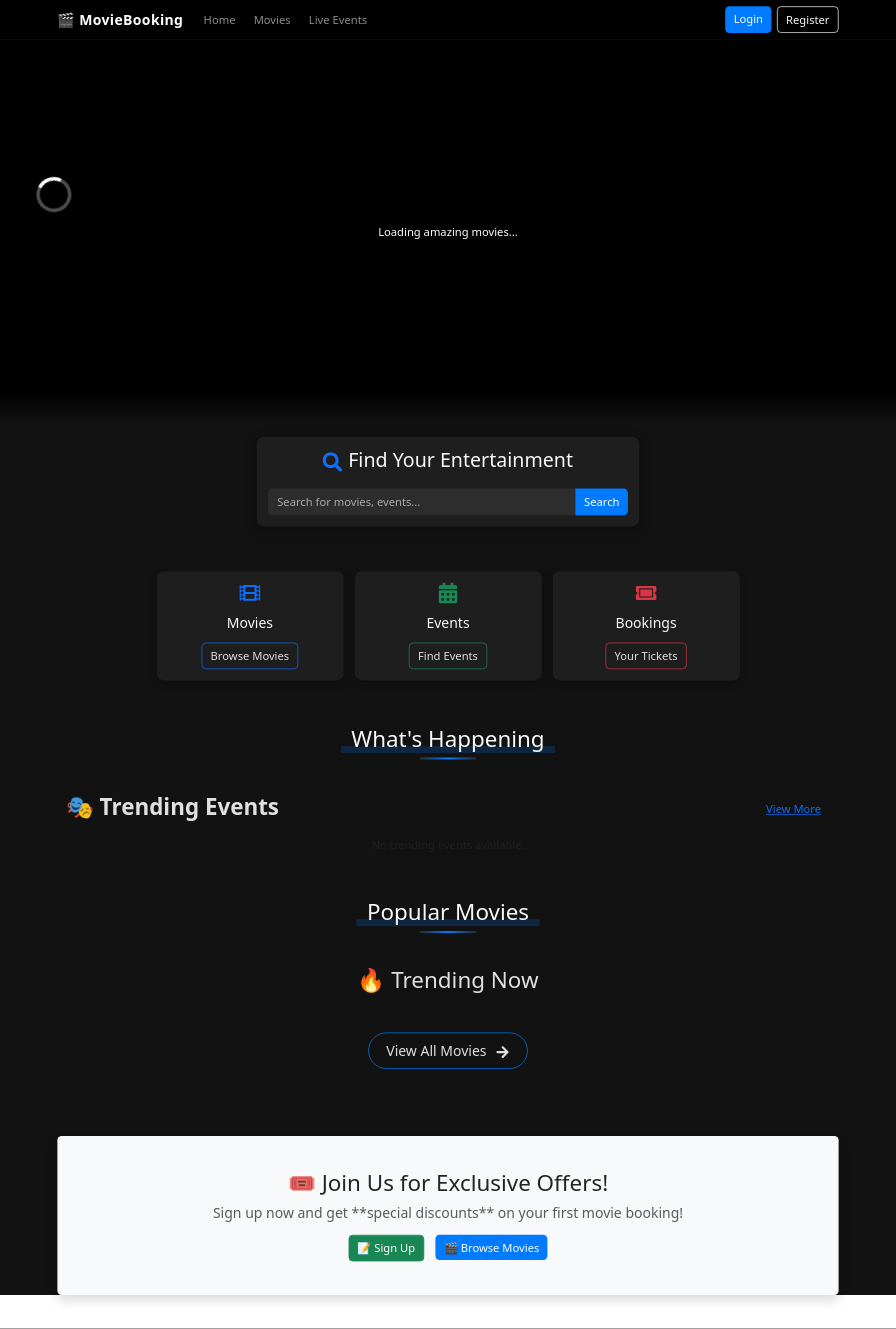
Repository: AshwinUgale/MovieBookingFrontend
Page: /
The author's editor kept a copy of each file at every save. The page is drawn from the files as they stood at one save, then again after the next save.
The browser window is 1280 px wide. The pictures show the whole page, at 70% of full size.
The page's requests for data from a server got no answer. The project was rebuilt for these pictures with package versions that can differ from the ones it lists, and the page was loaded fresh each time. No one was signed in, and anything a server would have sent is missing. Also part of the build but not shown: src/pages/LoginPage.js, src/pages/RegisterPage.js, src/pages/DashboardPage.js, src/utils/PrivateRoute.js, src/components/GenreSection.js, src/pages/MovieList.js, src/pages/ShowtimesPage.js, src/pages/AdminMoviePage.js and 8 more.

Above is the page before, as saved 2025-03-31 01:01:09.

### src/index.js
import React from 'react';
import ReactDOM from 'react-dom/client';
import 'bootstrap/dist/css/bootstrap.min.css';


import App from './App';


const root = ReactDOM.createRoot(document.getElementById('root'));
root.render(
  <React.StrictMode>
    <App />
  </React.StrictMode>
);

### src/App.js
import { BrowserRouter as Router, Routes, Route } from "react-router-dom";
import HomePage from "./pages/HomePage";
import LoginPage from "./pages/LoginPage";
import RegisterPage from "./pages/RegisterPage";
import DashboardPage from "./pages/DashboardPage";
import PrivateRoute from "./utils/PrivateRoute";
import MovieList from "./pages/MovieList";
import ShowtimesPage from "./pages/ShowtimesPage";
import AdminMoviePage from "./pages/AdminMoviePage";
import AdminShowtimePage from "./pages/AdminShowtimePage";
import ShowtimePage from "./pages/ShowtimePage";
import PaymentPage from "./pages/PaymentPage";
import BookingHistoryPage from "./pages/BookingHistoryPage";
import CustomNavbar from "./components/Navbar";
import AuthProvider from "./context/AuthContext";
import Events from "./pages/Events";



function App() {
  return (
    <AuthProvider>
    <Router>
      <CustomNavbar/>
      <Routes>
        {/* Public Routes */}
        <Route path="/" element={<HomePage />} />
        <Route path="/login" element={<LoginPage />} />
        <Route path="/register" element={<RegisterPage />} />
        <Route path="/movies" element={<MovieList />} />  {/* ✅ Updated path */}
        <Route path="/events" element={<Events />} />
        <Route path="/showtimes/fake/:movieId" element={<ShowtimesPage />} />  {/* ✅ Updated path */}
        <Route path="/showtime/:showtimeId" element={<ShowtimePage />} />
        <Route path="/payment/:bookingId" element={<PaymentPage />} />

        {/* Protected Routes */}
        <Route path="/dashboard" element={<PrivateRoute component={DashboardPage} />} />
        <Route path="/admin/movies" element={<PrivateRoute component={AdminMoviePage} />} />
        <Route path="/admin/showtimes" element={<PrivateRoute component={AdminShowtimePage} />} />
        <Route path="/bookings" element={<PrivateRoute component={BookingHistoryPage} />} />
      </Routes>
    </Router>
    </AuthProvider>
  );
}

export default App;

### src/components/Navbar.js
import { Link } from "react-router-dom";
import { useContext } from "react";
import { AuthContext } from "../context/AuthContext"; // ✅ Import AuthContext
import { Navbar, Nav, Container, Button } from "react-bootstrap"; // ✅ Import Bootstrap components

const CustomNavbar = () => {
    const { isAuthenticated, logout } = useContext(AuthContext); // ✅ Use authentication state

    return (
        <Navbar bg="black" variant="dark" expand="lg" className="custom-navbar">
            <Container>
                <Navbar.Brand as={Link} to="/" className="brand-text">🎬 MovieBooking</Navbar.Brand>
                <Navbar.Toggle aria-controls="basic-navbar-nav" />
                <Navbar.Collapse id="basic-navbar-nav">
                    <Nav className="me-auto">
                        <Nav.Link as={Link} to="/" className="nav-link-custom">Home</Nav.Link>
                        <Nav.Link as={Link} to="/movies" className="nav-link-custom">Movies</Nav.Link>
                        <Nav.Link as={Link} to="/events" className="nav-link-custom">Live Events</Nav.Link>
                        {isAuthenticated && <Nav.Link as={Link} to="/bookings" className="nav-link-custom">My Bookings</Nav.Link>}
                    </Nav>
                    <Nav>
                        {!isAuthenticated ? (
                            <>
                                <Button variant="primary" as={Link} to="/login" className="mx-2">Login</Button>
                                <Button variant="outline-light" as={Link} to="/register">Register</Button>
                            </>
                        ) : (
                            <Button variant="outline-light" onClick={logout}>Logout</Button>
                        )}
                    </Nav>
                </Navbar.Collapse>
            </Container>
        </Navbar>
    );
};

// Add styles for the navbar to match carousel background
const navbarStyle = `
    .custom-navbar {
        background-color: #000 !important;
        box-shadow: 0 2px 10px rgba(0,0,0,0.2);
    }

    .brand-text {
        font-weight: 600;
        letter-spacing: 0.5px;
    }

    .nav-link-custom {
        margin: 0 5px;
        transition: color 0.2s ease;
        position: relative;
    }

    .nav-link-custom:after {
        content: '';
        position: absolute;
        bottom: 0;
        left: 50%;
        transform: translateX(-50%);
        width: 0;
        height: 2px;
        background-color: #007bff;
        transition: width 0.3s ease;
    }

    .nav-link-custom:hover:after {
        width: 100%;
    }

    .nav-link-custom:hover {
        color: #fff !important;
    }
`;

// Inject styles
const styleTag = document.createElement("style");
styleTag.innerHTML = navbarStyle;
document.head.appendChild(styleTag);

export default CustomNavbar;

### src/context/AuthContext.js
import { createContext, useState, useEffect } from "react";

export const AuthContext = createContext();

const AuthProvider = ({ children }) => {
    const [isAuthenticated, setIsAuthenticated] = useState(!!localStorage.getItem("token"));

    useEffect(() => {
        const handleStorageChange = () => {
            setIsAuthenticated(!!localStorage.getItem("token"));
        };

        window.addEventListener("storage", handleStorageChange);

        return () => {
            window.removeEventListener("storage", handleStorageChange);
        };
    }, []);

    const login = (token) => {
        localStorage.setItem("token", token);
        setIsAuthenticated(true);
    };

    const logout = () => {
        localStorage.removeItem("token");
        setIsAuthenticated(false);
    };

    return (
        <AuthContext.Provider value={{ isAuthenticated, login, logout }}>
            {children}
        </AuthContext.Provider>
    );
};

export default AuthProvider;

### src/components/TrendingMovies.js
import React, { useEffect, useState } from "react";
import api from "../services/api";
import { Card, Row, Col, Badge } from "react-bootstrap";
import { FaStar } from "react-icons/fa";

const TrendingMovies = () => {
  const [movies, setMovies] = useState([]);

  useEffect(() => {
    async function fetchMovies() {
      try {
        const response = await api.get("/movies");
        setMovies(response.data.slice(0, 6)); // Show 6 trending movies
      } catch (error) {
        console.error("Error fetching movies:", error);
      }
    }
    fetchMovies();
  }, []);

  return (
    <div className="container my-5">
      <h2 className="text-center">🔥 Trending Now</h2>
      <Row>
        {movies.map(movie => (
          <Col key={movie._id} md={4} className="mb-4">
            <Card className="dark-card movie-card">
              <div className="movie-poster-wrapper">
                <Card.Img variant="top" src={movie.posterUrl || "/default-poster.jpg"} />
                <div className="movie-rating">
                  <FaStar className="text-warning me-1" />
                  <span>{((Math.random() * 2) + 7).toFixed(1)}</span>
                </div>
              </div>
              <Card.Body>
                <Card.Title className="text-light">{movie.title}</Card.Title>
                <div className="mb-2">
                  {['Action', 'Drama'].map((genre, index) => (
                    <Badge key={index} bg="secondary" className="me-1">{genre}</Badge>
                  ))}
                </div>
                <a href={`/movies/${movie._id}`} className="btn btn-primary w-100 mt-2">View Details</a>
              </Card.Body>
            </Card>
          </Col>
        ))}
      </Row>
    </div>
  );
};

// Add styles for dark mode movie cards
const movieStyles = `
  .dark-card {
    background-color: #1e1e1e;
    color: #e0e0e0;
    border: none;
    box-shadow: 0 4px 12px rgba(0,0,0,0.2);
  }

  .movie-card {
    border-radius: 10px;
    overflow: hidden;
    transition: transform 0.3s ease, box-shadow 0.3s ease;
  }

  .movie-card:hover {
    transform: translateY(-5px);
    box-shadow: 0 10px 25px rgba(0, 0, 0, 0.3) !important;
  }

  .movie-poster-wrapper {
    position: relative;
    overflow: hidden;
  }

  .movie-poster-wrapper img {
    height: 300px;
    object-fit: cover;
    transition: transform 0.3s ease;
  }

  .movie-card:hover .movie-poster-wrapper img {
    transform: scale(1.05);
  }

  .movie-rating {
    position: absolute;
    bottom: 10px;
    right: 10px;
    background-color: rgba(0, 0, 0, 0.7);
    color: white;
    padding: 5px 10px;
    border-radius: 20px;
    font-weight: bold;
    display: flex;
    align-items: center;
  }
`;

// Inject styles
const styleTag = document.createElement("style");
styleTag.innerHTML = movieStyles;
document.head.appendChild(styleTag);

export default TrendingMovies;

### src/components/CallToAction.js
import React from "react";
import { Container, Button } from "react-bootstrap";
import { Link } from "react-router-dom";

const CallToAction = () => {
  return (
    <Container className="text-center my-5 py-5 bg-light rounded shadow">
      <h2 className="text-dark">🎟️ Join Us for Exclusive Offers!</h2>
      <p className="lead text-muted">
        Sign up now and get **special discounts** on your first movie booking!
      </p>
      <div className="d-flex justify-content-center">
        <Link to="/register">
          <Button variant="success" className="mx-2">📝 Sign Up</Button>
        </Link>
        <Link to="/movies">
          <Button variant="primary" className="mx-2">🎬 Browse Movies</Button>
        </Link>
      </div>
    </Container>
  );
};

export default CallToAction;

### src/components/TrendingEvents.js
import React, { useEffect, useState } from "react";
import { fetchEvents } from "../services/api";
import { Link } from "react-router-dom";
import { Container, Row, Col, Card, Button } from "react-bootstrap";

const TrendingEvents = () => {
  const [events, setEvents] = useState([]);

  useEffect(() => {
    const getEvents = async () => {
      const eventsData = await fetchEvents();

      // ✅ Remove duplicates and take the top 6
      const uniqueEvents = Array.from(new Map(eventsData.map(event => [event.id, event])).values());

      setEvents(uniqueEvents.slice(0, 6));
    };

    getEvents();
  }, []);

  return (
    <Container className="mt-5">
      <div className="d-flex justify-content-between align-items-center mb-3">
        <h2 className="fw-bold">🎭 Trending Events</h2>
        <Link to="/events" className="btn btn-link">View More</Link>
      </div>

      <Row className="g-4 justify-content-center">
        {events.length > 0 ? (
          events.map((event) => (
            <Col key={event.id} xs={12} sm={6} md={4} lg={3} xl={2}>
              <Card className="shadow-sm event-card border-0">
                {/* ✅ Better Image Handling */}
                <div className="event-image-container">
                  <Card.Img
                    variant="top"
                    src={event.images?.find(img => img.ratio === "16_9")?.url || event.images?.[0]?.url || "/fallback-event.jpg"}
                    alt={event.name}
                    className="event-image"
                    onError={(e) => { e.target.src = "/fallback-event.jpg"; }}
                  />
                </div>

                <Card.Body className="text-center">
                  <Card.Title className="text-truncate">{event.name}</Card.Title>
                  <Button
                    variant="primary"
                    size="sm"
                    href={event.url}
                    target="_blank"
                    rel="noopener noreferrer"
                    className="w-100"
                  >
                    View Details
                  </Button>
                </Card.Body>
              </Card>
            </Col>
          ))
        ) : (
          <p className="text-center text-muted col-12">No trending events available.</p>
        )}
      </Row>
    </Container>
  );
};

// ✅ Inject Styles Directly into the Page
const trendingEventsStyles = `
  .event-card {
    border-radius: 10px;
    overflow: hidden;
    transition: transform 0.2s ease-in-out;
  }

  .event-card:hover {
    transform: scale(1.05);
  }

  .event-image-container {
    height: 180px;
    display: flex;
    align-items: center;
    justify-content: center;
    background: #f0f0f0;
  }

  .event-image {
    width: 100%;
    height: 100%;
    object-fit: cover;
  }

  .btn-primary {
    background-color: #007bff;
    border: none;
    transition: background 0.3s ease;
  }

  .btn-primary:hover {
    background-color: #0056b3;
  }
`;

const styleTag = document.createElement("style");
styleTag.innerHTML = trendingEventsStyles;
document.head.appendChild(styleTag);

export default TrendingEvents;

### src/services/api.js
import axios from "axios";

const api = axios.create({
  baseURL: "http://localhost:5000/api",
  headers: {
    "Content-Type": "application/json",
  },
});


api.interceptors.request.use((config) => {
  const token = localStorage.getItem("token");
  if (token) {
    config.headers.Authorization = `Bearer ${token}`;
  }
  return config;
});

export const fetchMovies = async () => {
  const response = await api.get("/movies");
  return response.data;
};


export const fetchShowtimes = async (movieId) => {
  try {
    const response = await api.get(`/showtimes/fake?movie=${movieId}`);
    console.log("🎬 API response:", response.data);
    return response.data;
  } catch (error) {
    console.error("Error fetching showtimes:", error);
    return [];
  }
};



export const addMovie = async (movieData) => {
  const token = localStorage.getItem("token");
  const response = await api.post("/movies", movieData, {
    headers: { Authorization: `Bearer ${token}` },
  });
  return response.data;
};

export const addShowtime = async (showtimeData) => {
  const token = localStorage.getItem("token");
  const response = await api.post("/showtimes", showtimeData, {
    headers: { Authorization: `Bearer ${token}` },
  });
  return response.data;
};


export const fetchSeats = async (showtimeId) => {
  try {
    const response = await api.get(`/showtimes/${showtimeId}`);
    console.log("🎯 Seat API response:", response.data);

    if (response.data && Array.isArray(response.data.availableSeats) && response.data.availableSeats.length > 0) {
      return response.data.availableSeats;
    } else {
      console.warn("🚨 No availableSeats or empty, falling back.");
      return generateReducedSeats();
    }
  } catch (error) {
    console.error("❌ Error fetching seats:", error);
    return generateReducedSeats();
  }
};


// ✅ Function to Generate a Reduced Theater Layout (30-40% fewer seats)
const generateReducedSeats = () => {
  const sections = ["VIP", "Platinum", "Gold", "Silver", "Economy"];
  let generatedSeats = [];

  sections.forEach((section) => {
    for (let row = 1; row <= 5; row++) { // Reduced from 7 to 5 rows
      for (let seat = 1; seat <= 8; seat++) { // Reduced from 12 to 8 seats per row
        generatedSeats.push({
          id: `${section}-${row}-${seat}`,
          number: `${section[0]}${row}${seat}`, // Example: V12, P32
          type: section,
          booked: Math.random() < 0.1 // 10% seats randomly booked
        });
      }
    }
  });

  return generatedSeats;
};




export const bookSeats = async (showtimeId, selectedSeats) => {
  const response = await api.post("/bookings", {
    showtimeId,
    seats: selectedSeats,
  });
  return response.data;
};


export const mockPayment = async (bookingId) => {
  try {
      const response = await api.post("/payments/pay", { bookingId });
      return response.data;
  } catch (error) {
      console.error("Error processing mock payment:", error);
      throw error;
  }
};

export const fetchBookingHistory = async () => {
  try {
      const response = await api.get("/bookings/history");  // GET request
      return response.data;
  } catch (error) {
      console.error("Error fetching booking history:", error);
      throw error;
  }
};


export const cancelBooking = async (bookingId) => {
  try {
      const response = await api.delete(`/bookings/${bookingId}`); // DELETE request
      return response.data;
  } catch (error) {
      console.error("Error canceling booking:", error);
      throw error;
  }
};

export const fetchEvents = async (city = "", category = "") => {
  try {
    let url = "/ticketmaster/events";

    const queryParams = [];
    if (city) queryParams.push(`city=${encodeURIComponent(city)}`);
    if (category) queryParams.push(`category=${category}`);

    if (queryParams.length > 0) {
      url += "?" + queryParams.join("&");
    }

    console.log("🔍 Fetching events from:", url); // Debugging API request

    const response = await api.get(url);
    console.log("✅ Received Events Data:", response.data); // Debugging API response

    return response.data;
  } catch (error) {
    console.error("❌ Error fetching live events:", error.response?.data || error.message);
    return [];
  }
};




export default api;

Loaded but not shown: public/index.html (common file); src/components/HeroSection.js (545 lines, source omitted); src/pages/HomePage.js (269 lines, source omitted)

After the next save:
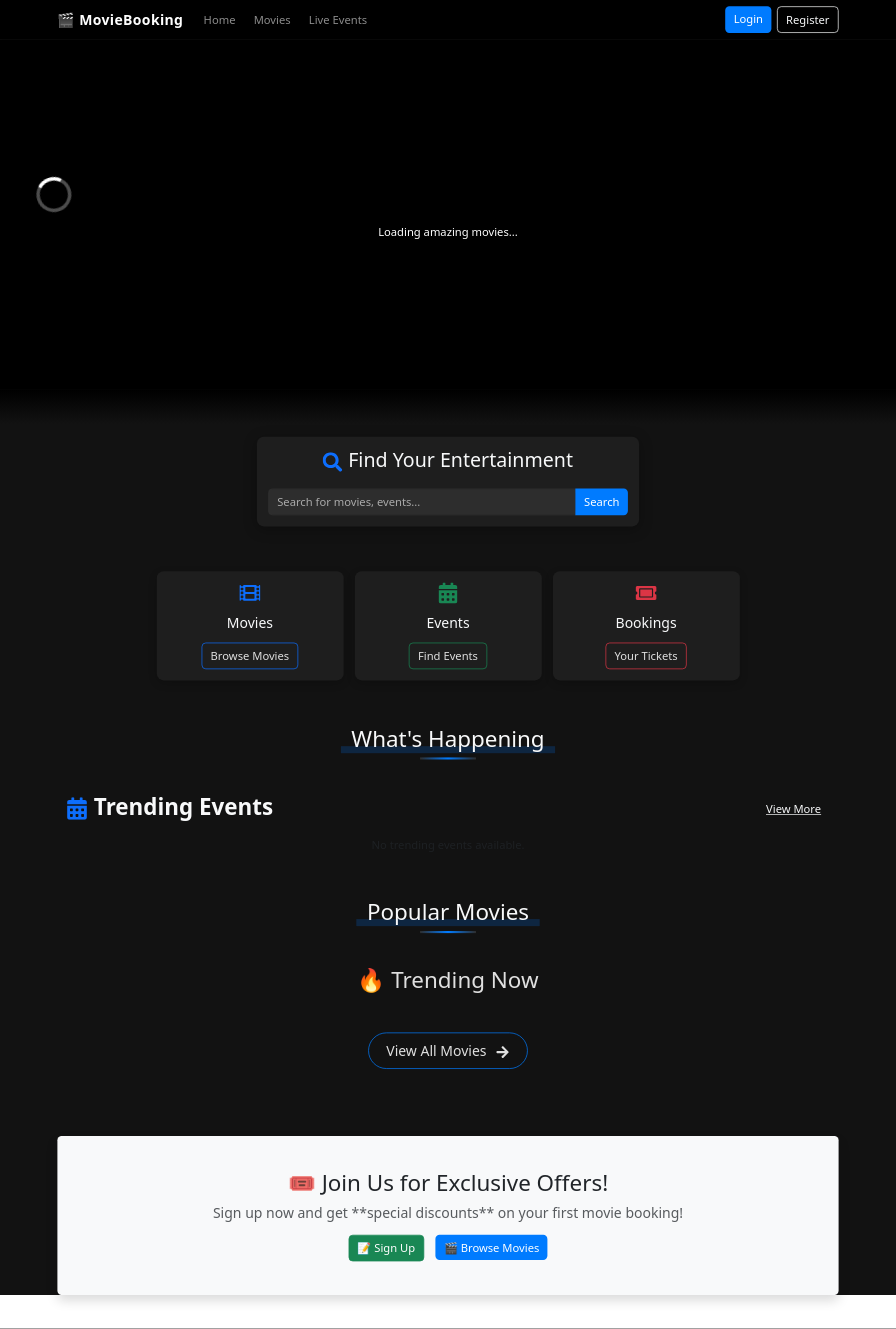
Saved 27 s later.
--- a/src/components/TrendingEvents.js
+++ b/src/components/TrendingEvents.js
@@ -1,7 +1,8 @@
 import React, { useEffect, useState } from "react";
 import { fetchEvents } from "../services/api";
 import { Link } from "react-router-dom";
-import { Container, Row, Col, Card, Button } from "react-bootstrap";
+import { Container, Row, Col, Card, Button, Badge } from "react-bootstrap";
+import { FaCalendarAlt, FaMapMarkerAlt, FaTicketAlt } from "react-icons/fa";
 
 const TrendingEvents = () => {
   const [events, setEvents] = useState([]);
@@ -10,7 +11,7 @@ const TrendingEvents = () => {
     const getEvents = async () => {
       const eventsData = await fetchEvents();
 
-      // ✅ Remove duplicates and take the top 6
+      // Remove duplicates and take the top 6
       const uniqueEvents = Array.from(new Map(eventsData.map(event => [event.id, event])).values());
 
       setEvents(uniqueEvents.slice(0, 6));
@@ -22,16 +23,19 @@ const TrendingEvents = () => {
   return (
     <Container className="mt-5">
       <div className="d-flex justify-content-between align-items-center mb-3">
-        <h2 className="fw-bold">🎭 Trending Events</h2>
-        <Link to="/events" className="btn btn-link">View More</Link>
+        <h2 className="fw-bold text-light">
+          <FaCalendarAlt className="me-2 text-primary" />
+          Trending Events
+        </h2>
+        <Link to="/events" className="btn btn-link text-light">View More</Link>
       </div>
 
       <Row className="g-4 justify-content-center">
         {events.length > 0 ? (
           events.map((event) => (
             <Col key={event.id} xs={12} sm={6} md={4} lg={3} xl={2}>
-              <Card className="shadow-sm event-card border-0">
-                {/* ✅ Better Image Handling */}
+              <Card className="dark-card event-card border-0">
+                {/* Better Image Handling */}
                 <div className="event-image-container">
                   <Card.Img
                     variant="top"
@@ -40,10 +44,22 @@ const TrendingEvents = () => {
                     className="event-image"
                     onError={(e) => { e.target.src = "/fallback-event.jpg"; }}
                   />
+                  {event.dates?.start?.localDate && (
+                    <div className="event-date">
+                      <FaCalendarAlt className="me-1" />
+                      {new Date(event.dates.start.localDate).toLocaleDateString('en-US', {month: 'short', day: 'numeric'})}
+                    </div>
+                  )}
                 </div>
 
                 <Card.Body className="text-center">
-                  <Card.Title className="text-truncate">{event.name}</Card.Title>
+                  <Card.Title className="text-truncate text-light">{event.name}</Card.Title>
+                  {event._embedded?.venues?.[0]?.name && (
+                    <div className="mb-2 text-muted event-venue">
+                      <FaMapMarkerAlt className="me-1" />
+                      <small>{event._embedded.venues[0].name}</small>
+                    </div>
+                  )}
                   <Button
                     variant="primary"
                     size="sm"
@@ -52,7 +68,8 @@ const TrendingEvents = () => {
                     rel="noopener noreferrer"
                     className="w-100"
                   >
-                    View Details
+                    <FaTicketAlt className="me-1" />
+                    Get Tickets
                   </Button>
                 </Card.Body>
               </Card>
@@ -66,40 +83,72 @@ const TrendingEvents = () => {
   );
 };
 
-// ✅ Inject Styles Directly into the Page
+// Inject Styles Directly into the Page
 const trendingEventsStyles = `
+  .dark-card {
+    background-color: #1e1e1e;
+    color: #e0e0e0;
+    border: none;
+    box-shadow: 0 4px 12px rgba(0,0,0,0.2);
+  }
+
   .event-card {
     border-radius: 10px;
     overflow: hidden;
-    transition: transform 0.2s ease-in-out;
+    transition: transform 0.3s ease, box-shadow 0.3s ease;
   }
 
   .event-card:hover {
-    transform: scale(1.05);
+    transform: translateY(-5px);
+    box-shadow: 0 10px 20px rgba(0,0,0,0.25) !important;
   }
 
   .event-image-container {
     height: 180px;
-    display: flex;
-    align-items: center;
-    justify-content: center;
-    background: #f0f0f0;
+    position: relative;
+    overflow: hidden;
+    background: #121212;
   }
 
   .event-image {
     width: 100%;
     height: 100%;
     object-fit: cover;
+    transition: transform 0.3s ease;
+  }
+
+  .event-card:hover .event-image {
+    transform: scale(1.05);
+  }
+
+  .event-date {
+    position: absolute;
+    top: 10px;
+    right: 10px;
+    background-color: rgba(0, 0, 0, 0.7);
+    color: white;
+    padding: 5px 10px;
+    border-radius: 20px;
+    font-size: 0.8rem;
+    display: flex;
+    align-items: center;
+  }
+
+  .event-venue {
+    display: flex;
+    align-items: center;
+    justify-content: center;
+    color: #aaa !important;
   }
 
   .btn-primary {
     background-color: #007bff;
     border: none;
-    transition: background 0.3s ease;
+    transition: all 0.3s ease;
   }
 
   .btn-primary:hover {
-    background-color: #0056b3;
+    background-color: #0069d9;
   }
 `;
 
